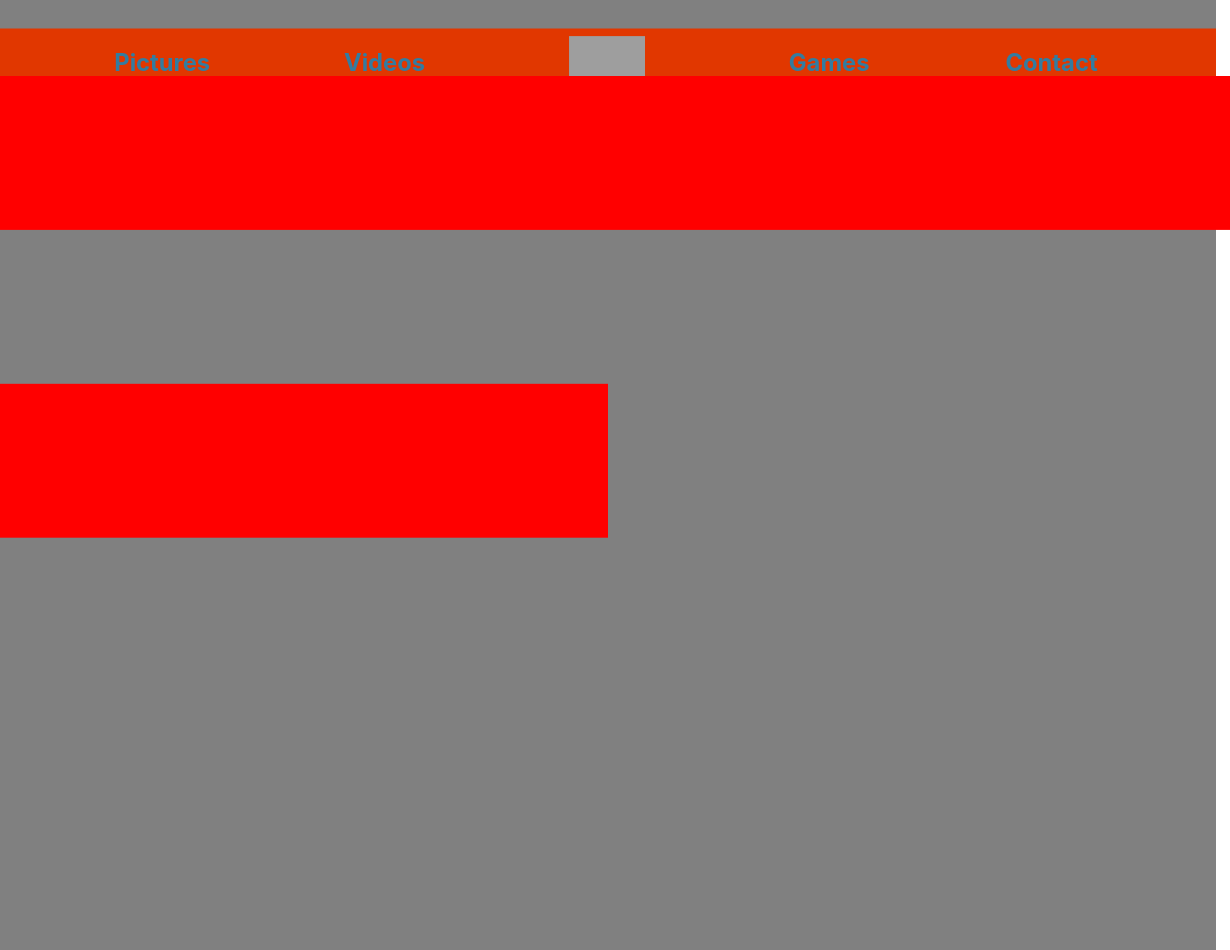
Repository: marty-wickham/2nd-milestone-project
Page: index.html
The author's editor kept a record of every edit. The page is drawn from the files as they stood at one moment, then again after the next edit.
The browser window is 1280 px wide. The page is 1295 px wide, so the pictures cover 1295 px, including what lies to the right of the window. The pictures show the whole page, at 95% of full size.
Pictures or frames that could not be fetched are drawn as grey boxes.

Above is the page before.

After the next edit:
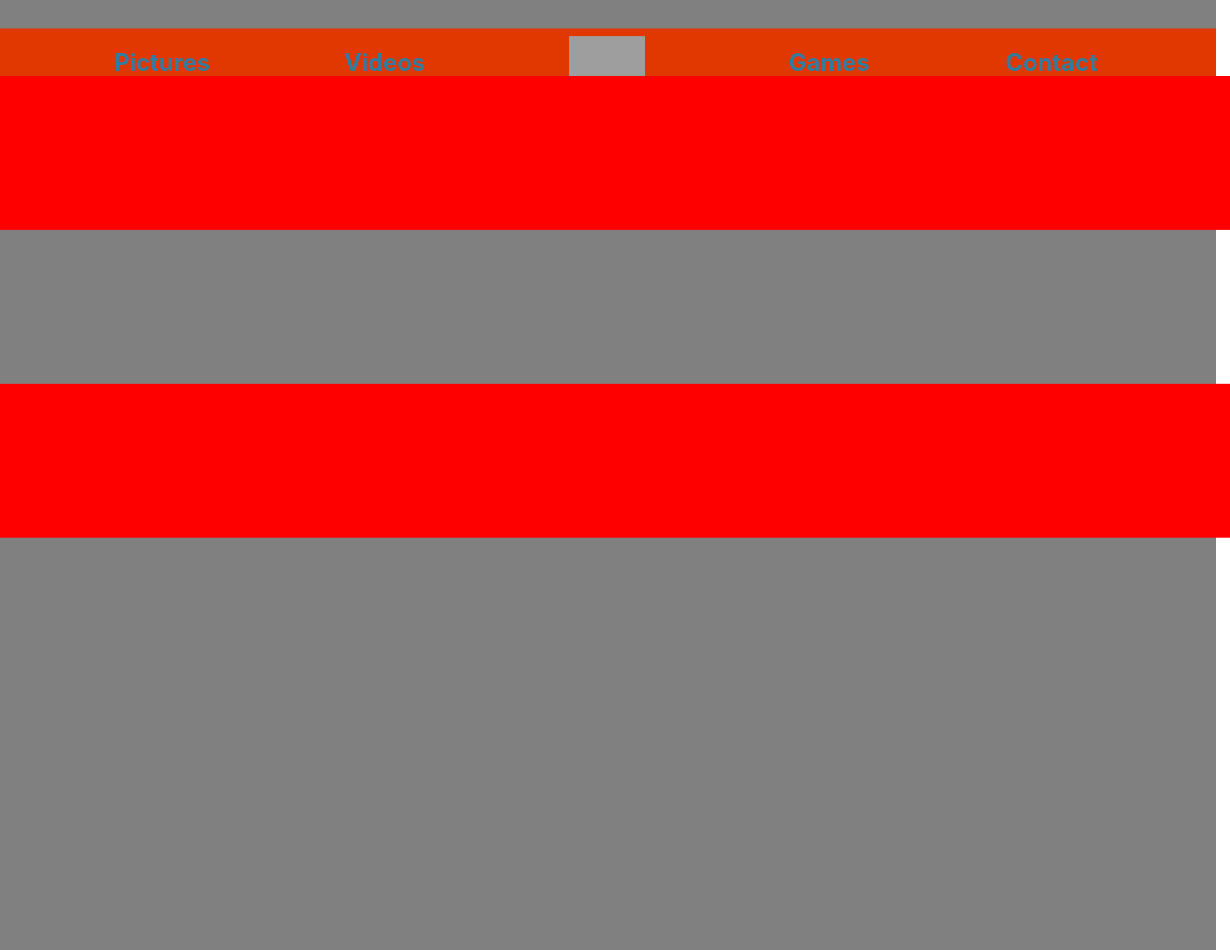
The edit:
--- a/index.html
+++ b/index.html
@@ -42,7 +42,7 @@
                 <div class="col color-btn" id="blue">
 
                 </div>
-                <div class="col" class="color-btn" id="yellow">
+                <div class="col color-btn" id="yellow">
 
                 </div>
             </div>
